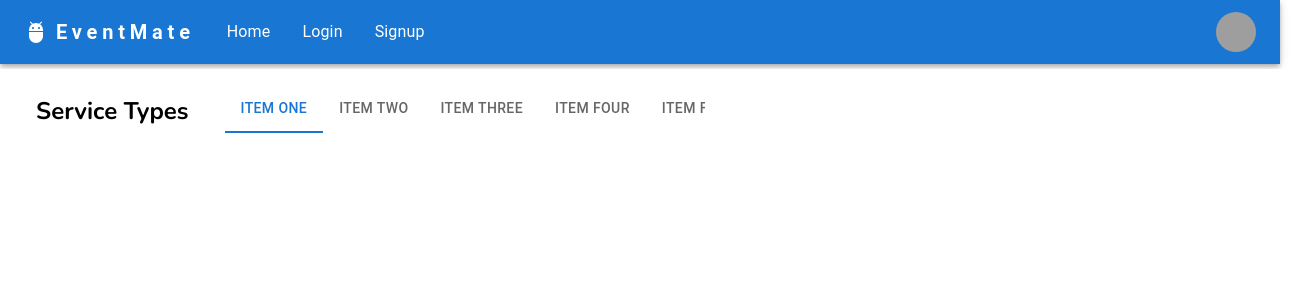
Repository: Farida-Yeasmin-Mim/EventMate_Frontend
Page: /filterpage
These files come from the project's save history. The page is drawn as it stood at one moment and after the next save; the edit follows.
The browser window is 1280 px wide. The page is 1296 px wide, so the pictures cover 1296 px, including what lies to the right of the window. The pictures show the whole page.
Pictures or frames that could not be fetched are drawn as grey boxes. The page's requests for data from a server got no answer. The project was rebuilt for these pictures with package versions that can differ from the ones it lists, and the page was loaded fresh each time. No one was signed in, and anything a server would have sent is missing. Also part of the build but not shown: src/components/PostRequest.js, src/pages/auth/Login.js, src/components/seletionTextField/selectGender.js, src/pages/auth/Signup.js, src/components/vendor/RegVendor.js, src/components/offer.js, src/components/productcategories.js, src/components/icontabs.js and 15 more.

Above is the page before, as saved 2022-08-16 17:49:54.

After the next save:
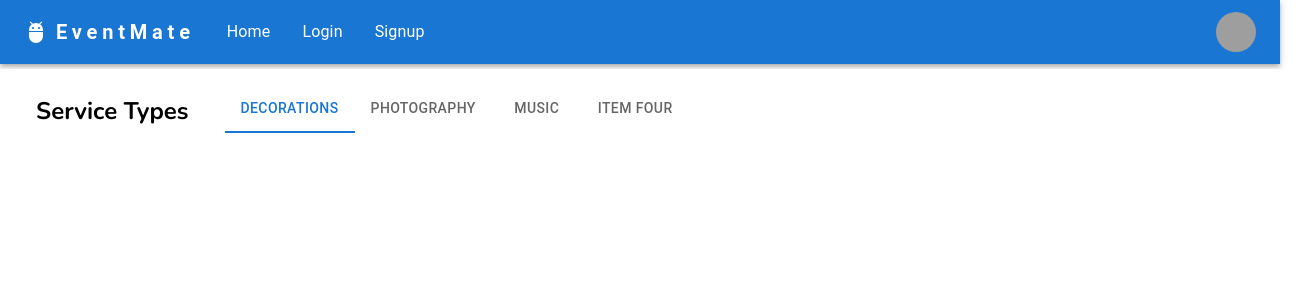
Saved 4 min 18 s later.
--- a/src/components/event/filter/FilterPage.js
+++ b/src/components/event/filter/FilterPage.js
@@ -58,9 +58,9 @@ export default function ScrollableTabsButtonAuto() {
                         scrollButtons="auto"
                         aria-label="scrollable auto tabs example"
                     >
-                        <Tab label="Item One" />
-                        <Tab label="Item Two" />
-                        <Tab label="Item Three" />
+                        <Tab label="Decorations" />
+                        <Tab label="Photography" />
+                        <Tab label="Music" />
                         <Tab label="Item Four" />
                         <Tab label="Item Five" />
                         <Tab label="Item Six" />
